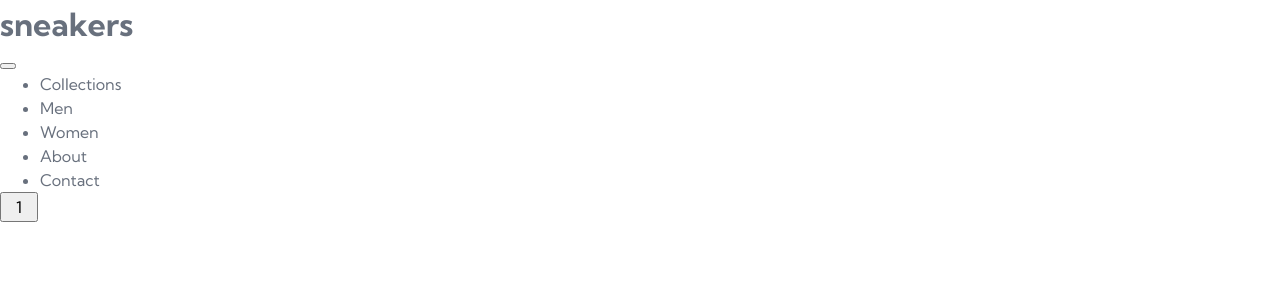
Repository: NikitaVologdin/React-Commerce-Product-Page
Page: /
The author's editor kept a copy of each file at every save. The page is drawn from the files as they stood at one save, then again after the next save.
The browser window is 1280 px wide. The pictures show the whole page.
The project was rebuilt for these pictures with package versions that can differ from the ones it lists, and the page was loaded fresh each time. Also part of the build but not shown: vite.config.ts.

Above is the page before, as saved 2024-11-07 17:18:17.

After the next save:
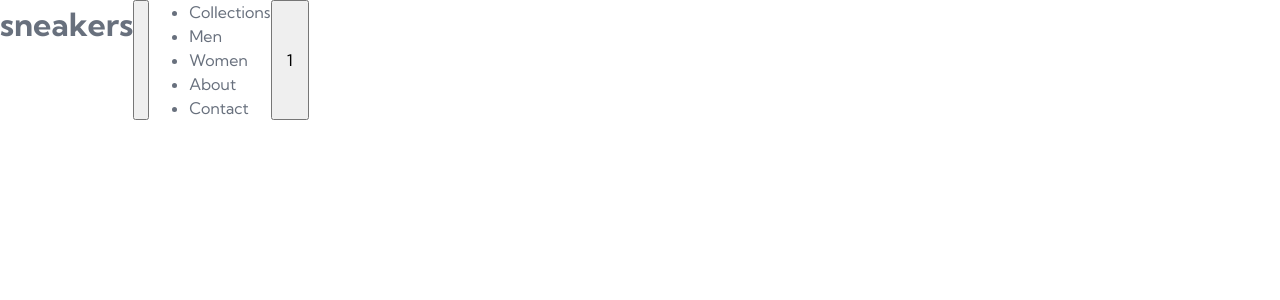
Saved 2 min 51 s later.
--- a/src/index.css
+++ b/src/index.css
@@ -23,3 +23,7 @@
   --white: hsl(0, 0%, 100%);
   --black: hsla(0, 0%, 0%, 0.75);
 }
+
+.header {
+  display: flex;
+}
